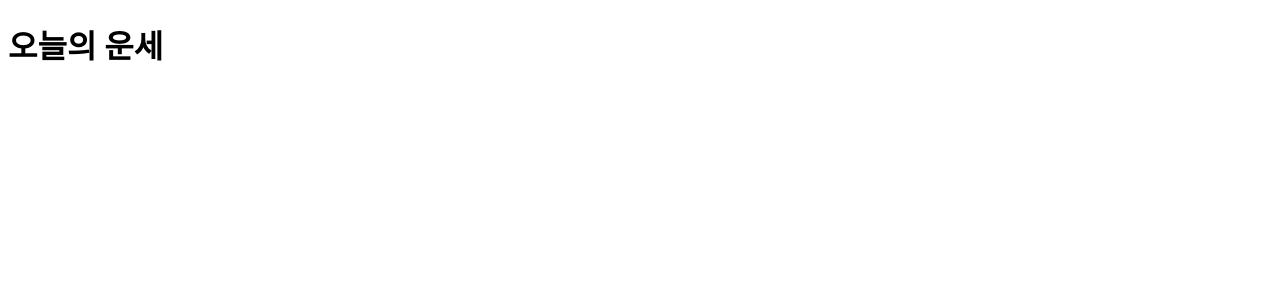
Repository: uriquely/web_server_assignment
Page: http://localhost/01_HelloWeb/jsp/02_fortune.jsp
The author's editor kept a copy of each file at every save. The page is drawn from the files as they stood at one save, then again after the next save.
The browser window is 1280 px wide. The pictures show the whole page.
The page is served by Tomcat 9. Other server files are loaded and not shown.

Above is the page before, as saved 2021-02-03 03:08:25.

### 210206_server_assignment/01_HelloWeb/WebContent/jsp/02_fortune.jsp
<%@ page language="java" contentType="text/html; charset=UTF-8"
    pageEncoding="UTF-8"%>
<!DOCTYPE html>
<html>
<head>
<meta charset="UTF-8">
<title>오늘의 운세</title>
</head>
<body>
	<h1>오늘의 운세</h1>
</body>
</html>

After the next save:
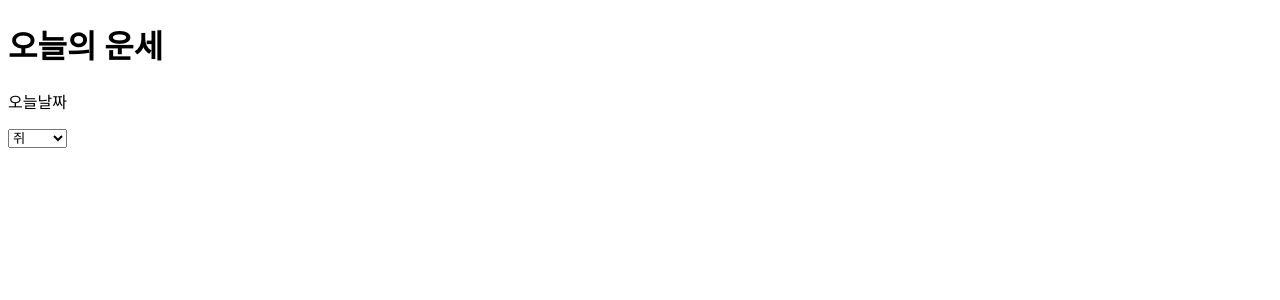
Saved 94 s later.
--- a/210206_server_assignment/01_HelloWeb/WebContent/jsp/02_fortune.jsp
+++ b/210206_server_assignment/01_HelloWeb/WebContent/jsp/02_fortune.jsp
@@ -8,5 +8,12 @@
 </head>
 <body>
 	<h1>오늘의 운세</h1>
+	<p>오늘날짜</p>
+	<select name="" id="">
+		<option value="쥐">쥐</option>
+		<option value="소">소</option>
+		<option value="호랑이">호랑이</option>
+		<option value="토끼">토끼</option>
+	</select>
 </body>
 </html>
